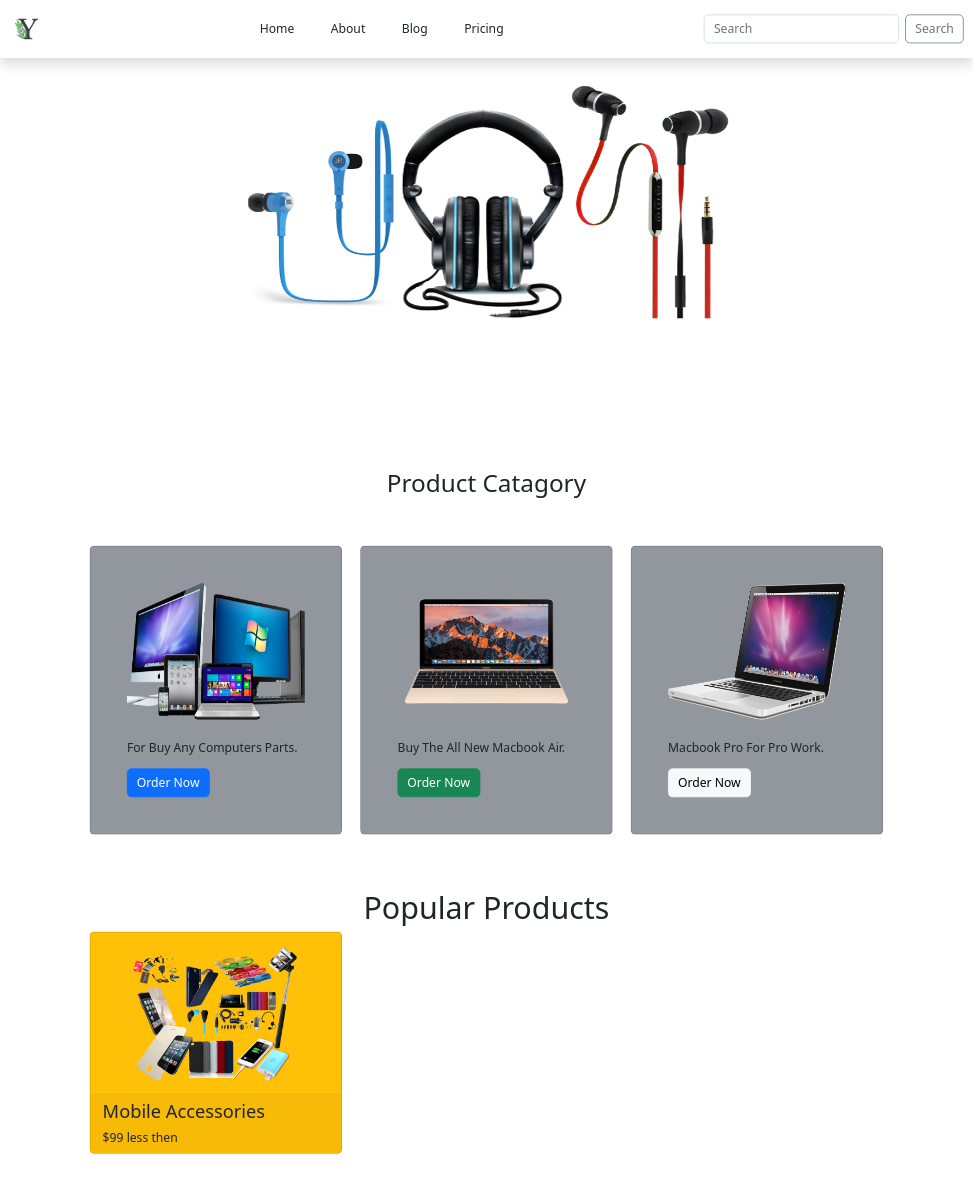
Repository: Mafuzurrahmanoli/E-Commerce-Website
Page: index.html
An editor plug-in stored every save of this project. The page is shown before and after a run of saves, followed by the edit.
The browser window is 1280 px wide. The pictures show the whole page, at 76% of full size.

Above is the page before, as saved 2023-09-16 12:07:02.

After the next 2 saves:
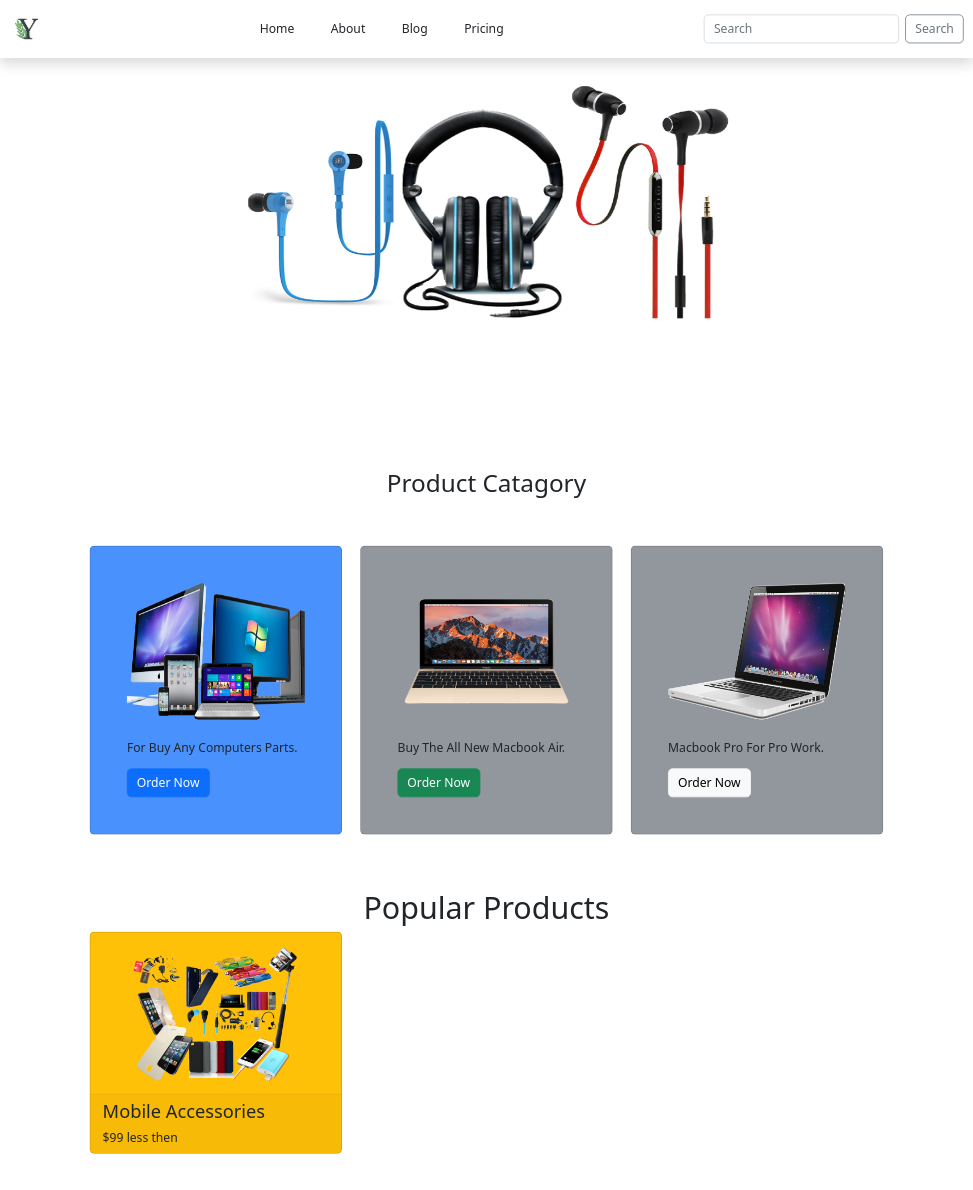
The 2 saves are shown as one change because they came seconds apart.
The last was saved 105 s later.
--- a/index.html
+++ b/index.html
@@ -95,7 +95,7 @@
       <h2 class="text-center text-capitalize p-3">product catagory</h2>
       <div class="row justify-content-between m-4 row-cols-1 row-cols-md-2 row-cols-lg-3 g-4">
         <div class="col">
-          <div class="card bg-secondary bg-opacity-75">
+          <div class="card bg-primary bg-opacity-75">
             <div class="card-body p-5">
               <img src="img/computer.png" alt="computer" class="w-100">
               <p class="text-capitalize mt-4">For buy any computers parts.</p>
